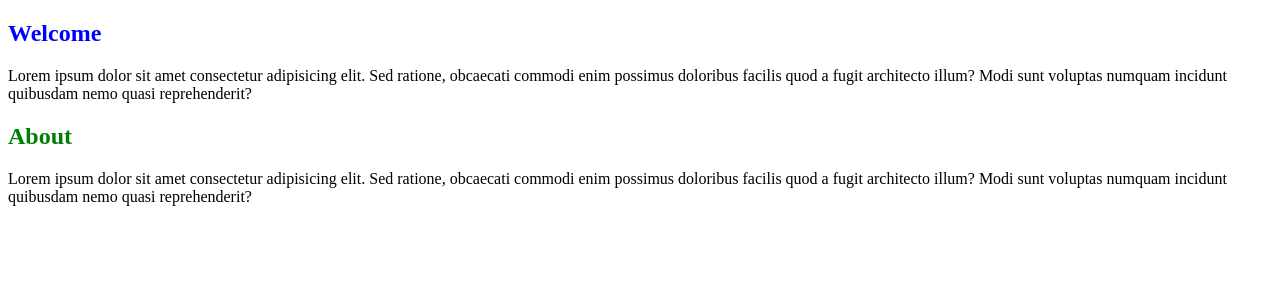
Repository: andiausrust/css-traversy
Page: css-basics/01_basic.html
An editor plug-in stored every save of this project. The page is shown before and after the next save, followed by the edit.
The browser window is 1280 px wide. The pictures show the whole page.

Above is the page before, as saved 2020-08-18 20:51:09.

### css-basics/01_basic.html
<!DOCTYPE html>
<html lang="en">
    <head>
        <meta charset="UTF-8" />
        <meta name="viewport" content="width=device-width, initial-scale=1.0" />
        <link rel="stylesheet" href="./css/style.css" />
        <title>CSS Selectors</title>
        <style>
            h2 {
                color: green;
            }
        </style>
    </head>
    <body>
        <div>
            <h2 id="green-heading">Welcome</h2>
            <p><div>Lorem ipsum dolor sit amet consectetur
                adipisicing elit. Sed ratione, obcaecati commodi enim
                possimus doloribus facilis quod a fugit architecto illum?
                Modi sunt voluptas numquam incidunt quibusdam nemo quasi
                reprehenderit?</div></p>
        </div>
    <body>
        <div>
            <h2>About</h2>
            <p><div>Lorem ipsum dolor sit amet consectetur
                adipisicing elit. Sed ratione, obcaecati commodi enim
                possimus doloribus facilis quod a fugit architecto illum?
                Modi sunt voluptas numquam incidunt quibusdam nemo quasi
                reprehenderit?</div></p>
        </div>
    </body>
</html>

### css-basics/css/style.css
h2#green-heading {
    color: blue;
}

After the next save:
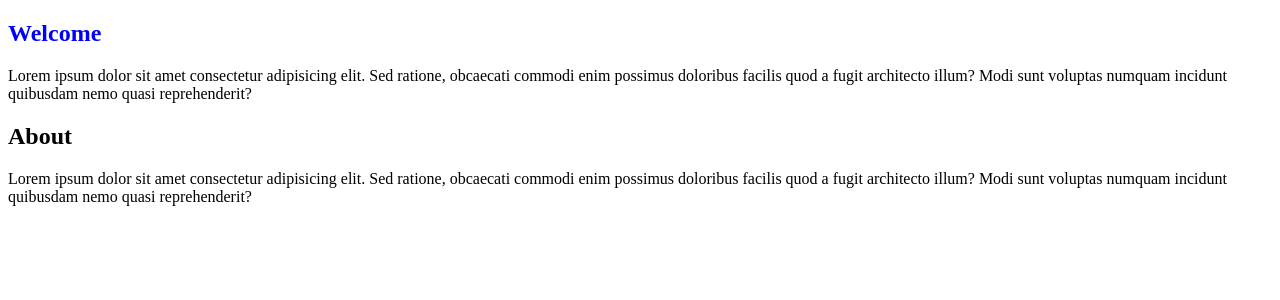
Saved 14 s later.
--- a/css-basics/01_basic.html
+++ b/css-basics/01_basic.html
@@ -5,11 +5,6 @@
         <meta name="viewport" content="width=device-width, initial-scale=1.0" />
         <link rel="stylesheet" href="./css/style.css" />
         <title>CSS Selectors</title>
-        <style>
-            h2 {
-                color: green;
-            }
-        </style>
     </head>
     <body>
         <div>
